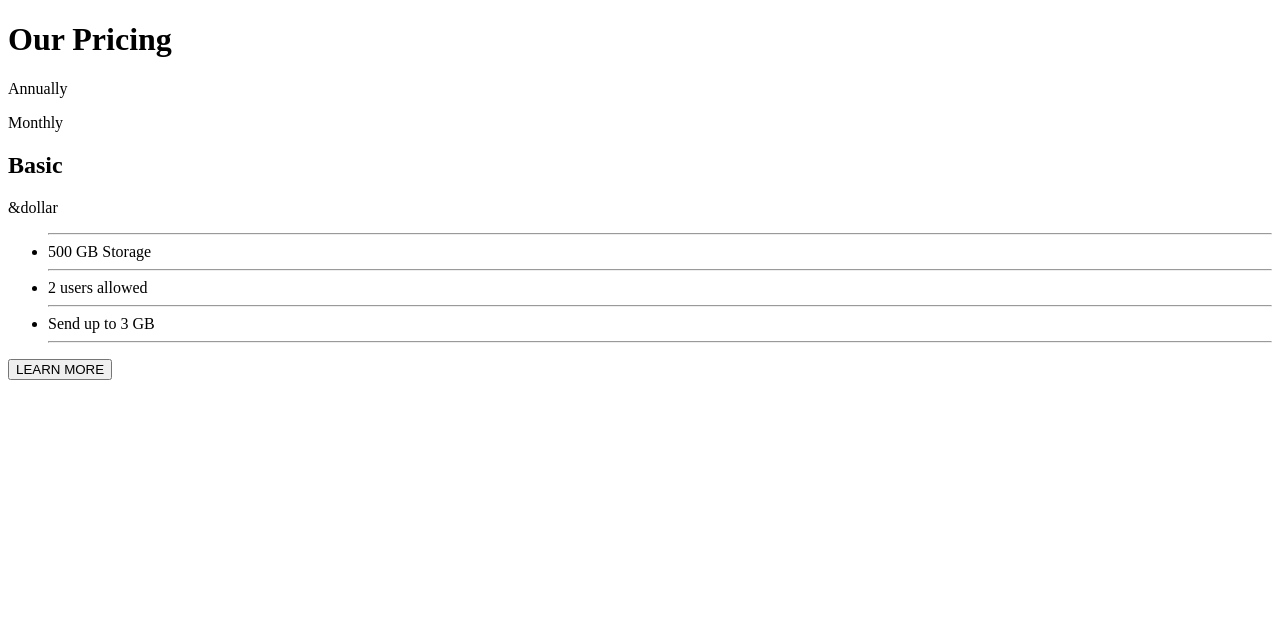
Repository: lah23500/Pricing-App
Page: Price landing page/index.html
These files come from the project's save history. The page is drawn as it stood at one moment and after the next save; the edit follows.
The browser window is 1280 px wide. The pictures show the whole page.

Above is the page before, as saved 2024-01-19 13:59:43.

### Price landing page/index.html
<!DOCTYPE html>
<html lang="en">
  <head>
    <meta charset="UTF-8" />
    <meta name="viewport" content="width=device-width, initial-scale=1.0" />
    <title>Pricing Component with Toggle</title>
  </head>

  <body>
    <header>
      <h1>Our Pricing</h1>
      <nav>
        <p>Annually</p>

        <p>Monthly</p>
      </nav>
    </header>
    <main>
      <h2>Basic</h2>

      <p>&dollar</p>
      <ul>
        <hr />
        <li>500 GB Storage</li>
        <hr />
        <li>2 users allowed</li>
        <hr />
        <li>Send up to 3 GB</li>
        <hr />
      </ul>

      <button>LEARN MORE</button>
    </main>
  </body>
</html>

After the next save:
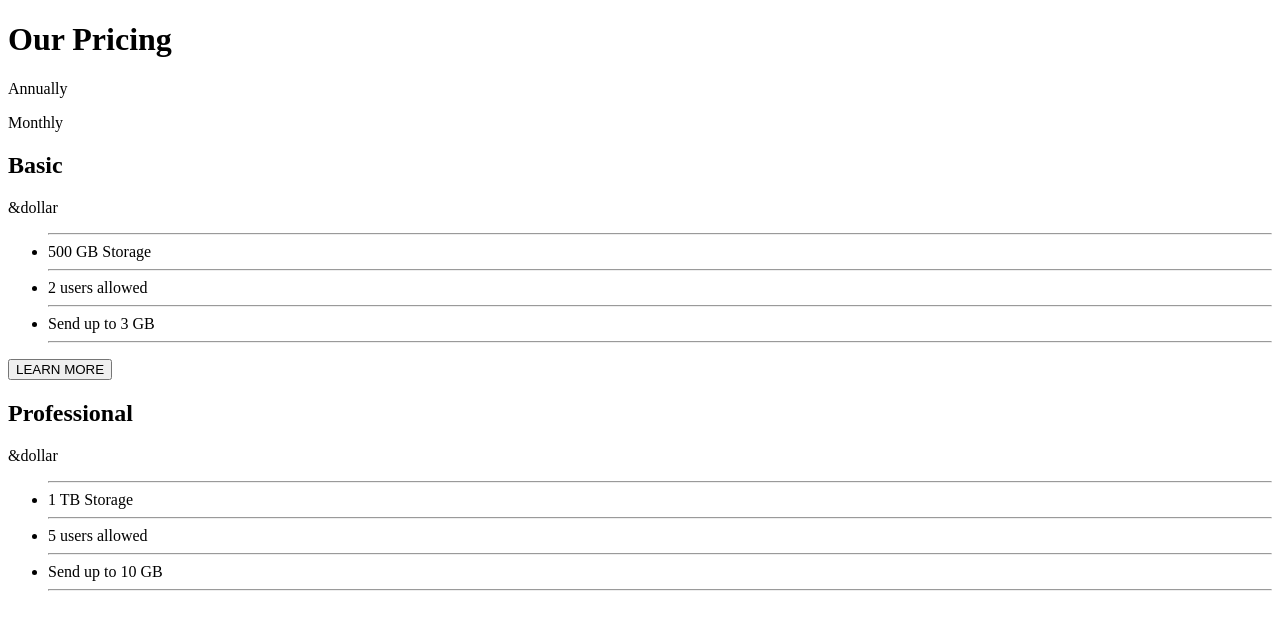
Saved 117 s later.
--- a/Price landing page/index.html
+++ b/Price landing page/index.html
@@ -30,6 +30,19 @@
       </ul>
 
       <button>LEARN MORE</button>
+
+      <h2>Professional</h2>
+
+      <p>&dollar</p>
+      <ul>
+        <hr />
+        <li>1 TB Storage</li>
+        <hr />
+        <li>5 users allowed</li>
+        <hr />
+        <li>Send up to 10 GB</li>
+        <hr />
+      </ul>
     </main>
   </body>
 </html>
